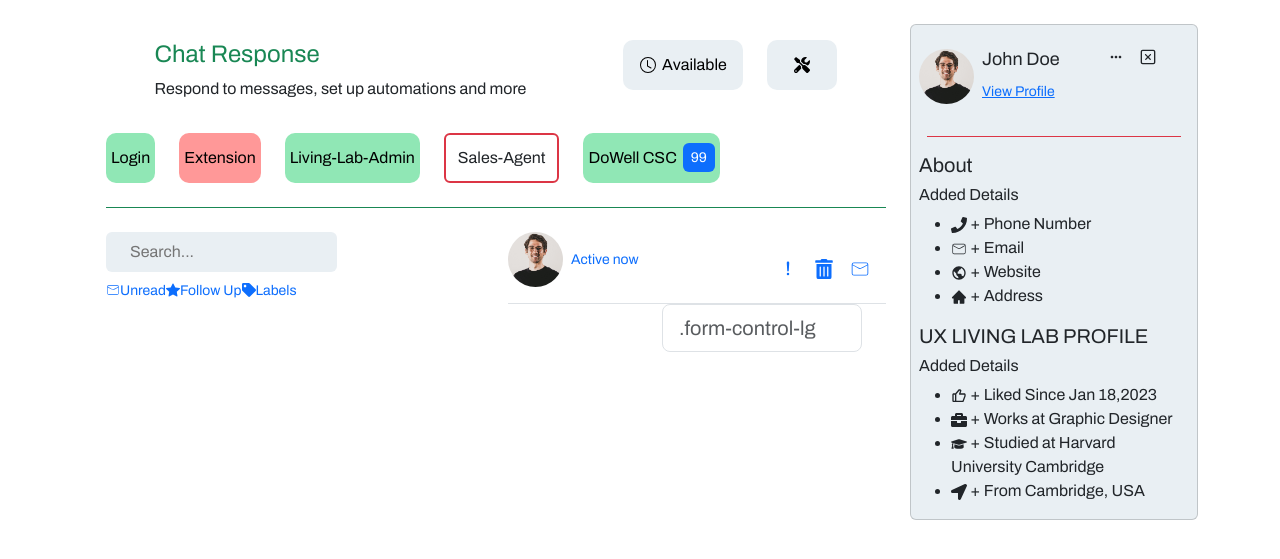
Repository: uh-sman/UX-Living-Lab-Chat
Page: /
An editor plug-in stored every save of this project. The page is shown before and after the next save, followed by the edit.
The browser window is 1280 px wide. The pictures show the whole page.
The project was rebuilt for these pictures with package versions that can differ from the ones it lists, and the page was loaded fresh each time.

Above is the page before, as saved 2023-05-10 17:43:13.

After the next save:
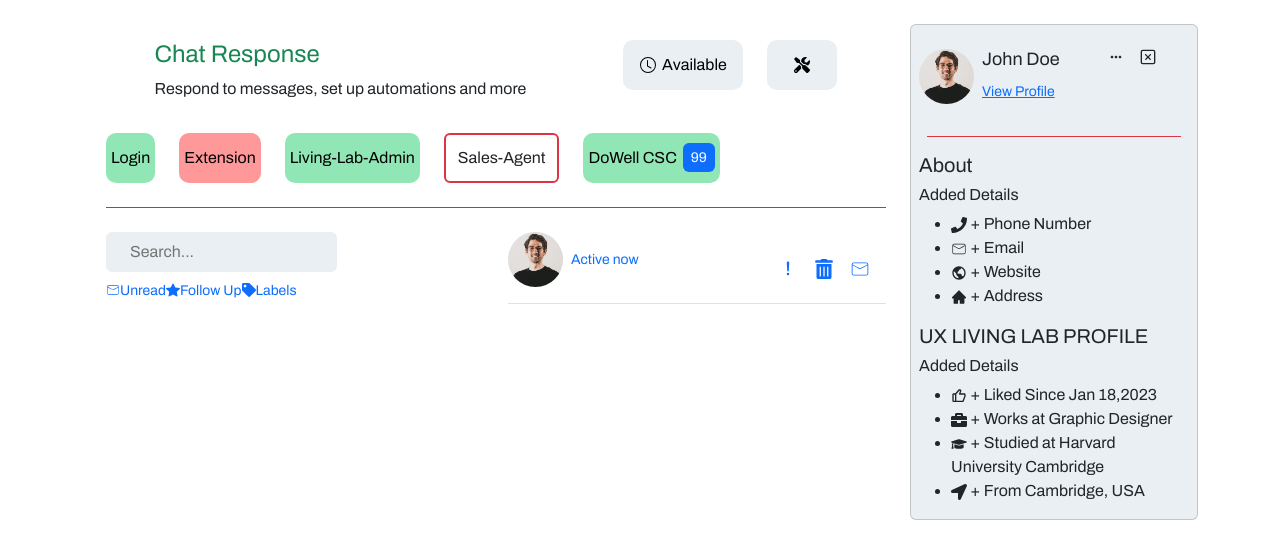
Saved 23 s later.
--- a/src/container/Chats/message/Message.jsx
+++ b/src/container/Chats/message/Message.jsx
@@ -6,7 +6,7 @@ const Message = () => {
     <div className="mx-4">
       <div className="d-flex justify-content-end ">
         <form action="">
-          {message ? null : (
+          {message ? (
             <input
               class="form-control form-control-lg"
               type="text"
@@ -14,7 +14,7 @@ const Message = () => {
               aria-label=".form-control-lg example"
               style={{ width: message ? "auto" : "200px" }}
             />
-          )}
+          ) : null}
         </form>
       </div>
     </div>
